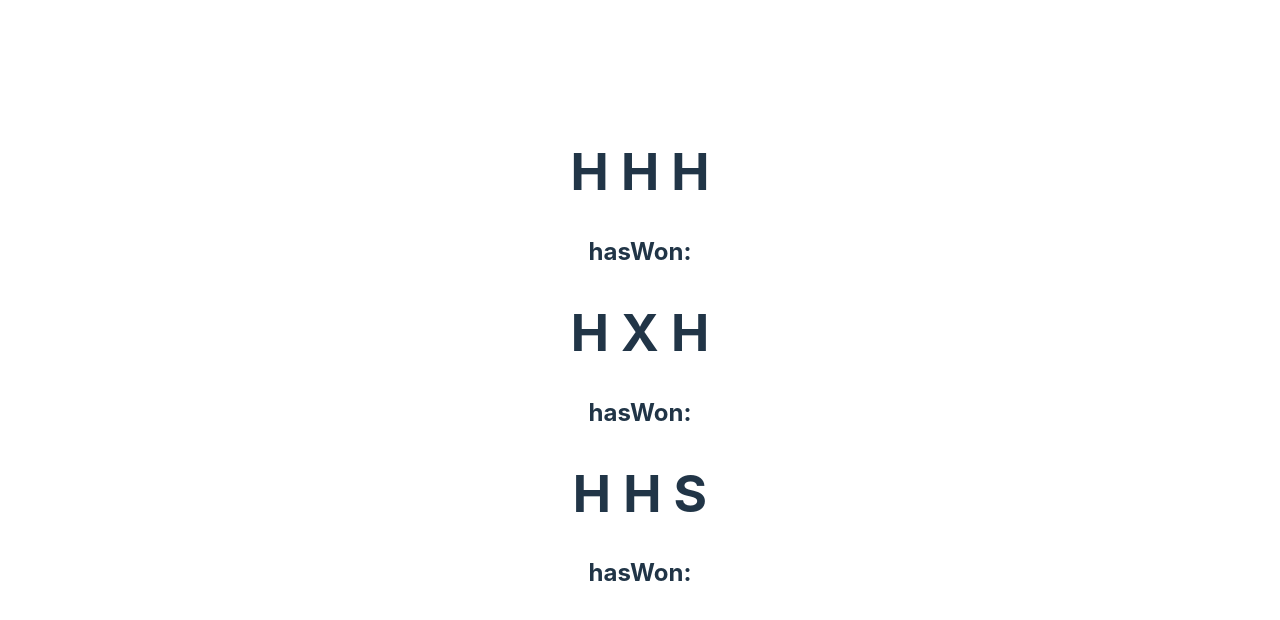
Repository: SmooothCriminal001/ReactLearning
Page: / (app in slot-machine-exercise/)
These files come from the project's save history. The page is drawn as it stood at one moment and after the next save; the edit follows.
The browser window is 1280 px wide. The pictures show the whole page.
The project was rebuilt for these pictures with package versions that can differ from the ones it lists, and the page was loaded fresh each time. Also part of the build but not shown: slot-machine-exercise/vite.config.js.

Above is the page before, as saved 2024-07-25 14:11:24.

### slot-machine-exercise/src/App.jsx
import './App.css'
import Slots from './Slots'

export default function App() {
  return (
    <div className="App">
      <Slots firstPull="H" secondPull="H" thirdPull="H"/>
      <Slots firstPull="H" secondPull="X" thirdPull="H"/>
      <Slots firstPull="H" secondPull="H" thirdPull="S"/>
    </div>
  );
}

### slot-machine-exercise/src/Slots.jsx
import "./Slots.css"

export default function Slots({ firstPull, secondPull, thirdPull}){
    const hasWon = firstPull === secondPull ? true : false
    return <>
        <h1>{firstPull} {secondPull} {thirdPull}</h1>
        <h2>hasWon: {hasWon}</h2>
    </>
}

Loaded but not shown: slot-machine-exercise/index.html (common file); slot-machine-exercise/src/main.jsx (common file); slot-machine-exercise/src/index.css (common file); slot-machine-exercise/src/App.css (common file); slot-machine-exercise/src/Slots.css (no stored copy; drawn as an empty file)

After the next save:
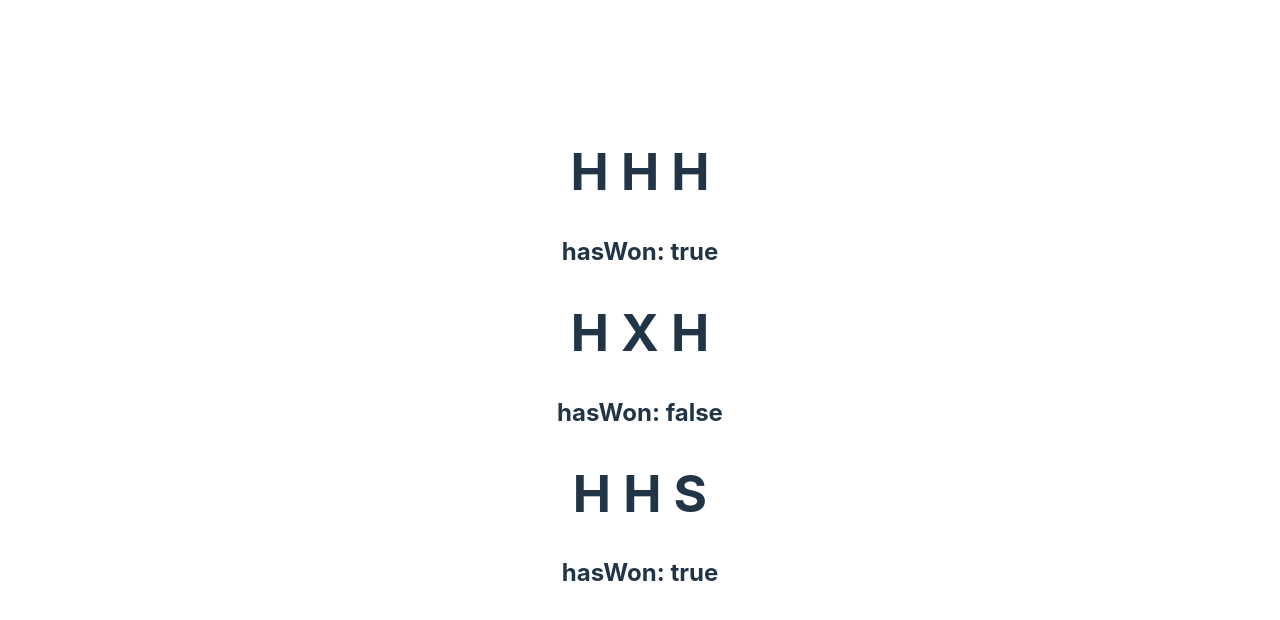
Saved 24 s later.
--- a/slot-machine-exercise/src/Slots.jsx
+++ b/slot-machine-exercise/src/Slots.jsx
@@ -1,7 +1,7 @@
 import "./Slots.css"
 
 export default function Slots({ firstPull, secondPull, thirdPull}){
-    const hasWon = firstPull === secondPull ? true : false
+    const hasWon = firstPull === secondPull ? "true" : "false"
     return <>
         <h1>{firstPull} {secondPull} {thirdPull}</h1>
         <h2>hasWon: {hasWon}</h2>
